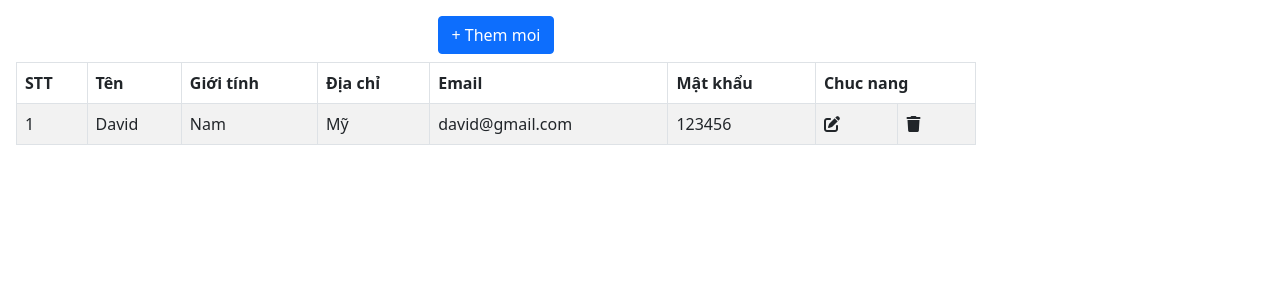
Repository: TinhTT336/MD02_Session12
Page: / (app in client/)
An editor plug-in stored every save of this project. The page is shown before and after the next save, followed by the edit.
The browser window is 1280 px wide. The pictures show the whole page.
The project was rebuilt for these pictures with package versions that can differ from the ones it lists, and the page was loaded fresh each time. Also part of the build but not shown: client/vite.config.js, client/src/App.css, client/src/utils/formatData.js, client/src/components/admin/manager-product/product.css, client/src/components/admin/manager-product/FormAdd.jsx, client/src/components/admin/manager-product/FormEdit.jsx, client/src/pages/product/ListProduct.jsx, client/src/index.css.

Above is the page before, as saved 2023-09-11 16:13:36.

### client/index.html
<!DOCTYPE html>
<html lang="en">
  <head>
    <meta charset="UTF-8" />
    <link rel="icon" type="image/svg+xml" href="/vite.svg" />
    <meta name="viewport" content="width=device-width, initial-scale=1.0" />
    <title>Vite + React</title>
    <link
      href="https://cdn.jsdelivr.net/npm/bootstrap@5.0.2/dist/css/bootstrap.min.css"
      rel="stylesheet"
      integrity="sha384-EVSTQN3/azprG1Anm3QDgpJLIm9Nao0Yz1ztcQTwFspd3yD65VohhpuuCOmLASjC"
      crossorigin="anonymous"
    />
    <link
      rel="stylesheet"
      href="https://cdnjs.cloudflare.com/ajax/libs/font-awesome/6.4.2/css/all.min.css"
      integrity="sha512-z3gLpd7yknf1YoNbCzqRKc4qyor8gaKU1qmn+CShxbuBusANI9QpRohGBreCFkKxLhei6S9CQXFEbbKuqLg0DA=="
      crossorigin="anonymous"
      referrerpolicy="no-referrer"
    />
  </head>
  <body>
    <div id="root"></div>
    <script type="module" src="/src/main.jsx"></script>
  </body>
</html>

### client/src/App.jsx
import { useState } from 'react'
import reactLogo from './assets/react.svg'
import viteLogo from '/vite.svg'
import './App.css'
import ListProduct from './pages/product/ListProduct'
import ListUser from './pages/admin/ListUser'

function App() {
  const [count, setCount] = useState(0)

  return (
    <>
      {/* <ListProduct /> */}
      <ListUser />
    </>
  )
}

export default App

### client/src/pages/admin/ListUser.jsx
import React from 'react'

export default function ListUser() {
    return (
        <>
            <div className='w-75 d-flex align-items-center justify-content-center flex-column m-3'>
                <div className='align-items-left' >
                    <button className='btn btn-primary mb-2'>+ Them moi</button>
                </div>
                <table className='table table-striped table-hover table-bordered'>
                    <thead>
                        <tr>
                            <th scope='col'>STT</th>
                            <th scope='col'>Tên</th>
                            <th scope='col'>Giới tính</th>
                            <th scope='col'>Địa chỉ</th>
                            <th scope='col'>Email</th>
                            <th scope='col'>Mật khẩu</th>
                            <th scope='col' colSpan={2}>Chuc nang</th>
                        </tr>
                    </thead>
                    <tbody>
                        <tr>
                            <td>1</td>
                            <td>David</td>
                            <td>Nam</td>
                            <td>Mỹ</td>
                            <td>david@gmail.com</td>
                            <td>123456</td>
                            <td ><i className="fa-solid fa-pen-to-square "></i></td>
                            <td ><i className="fa-solid fa-trash "></i></td>
                        </tr>
                    </tbody>
                </table>
            </div>
        </>
    )
}

Loaded but not shown: client/src/main.jsx (common file)

After the next save:
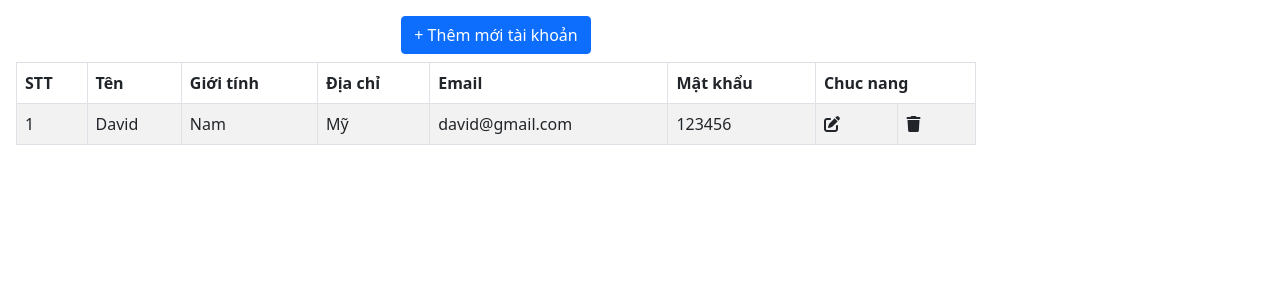
Saved 20 s later.
--- a/client/src/pages/admin/ListUser.jsx
+++ b/client/src/pages/admin/ListUser.jsx
@@ -5,7 +5,7 @@ export default function ListUser() {
         <>
             <div className='w-75 d-flex align-items-center justify-content-center flex-column m-3'>
                 <div className='align-items-left' >
-                    <button className='btn btn-primary mb-2'>+ Them moi</button>
+                    <button className='btn btn-primary mb-2'>+ Thêm mới tài khoản</button>
                 </div>
                 <table className='table table-striped table-hover table-bordered'>
                     <thead>
